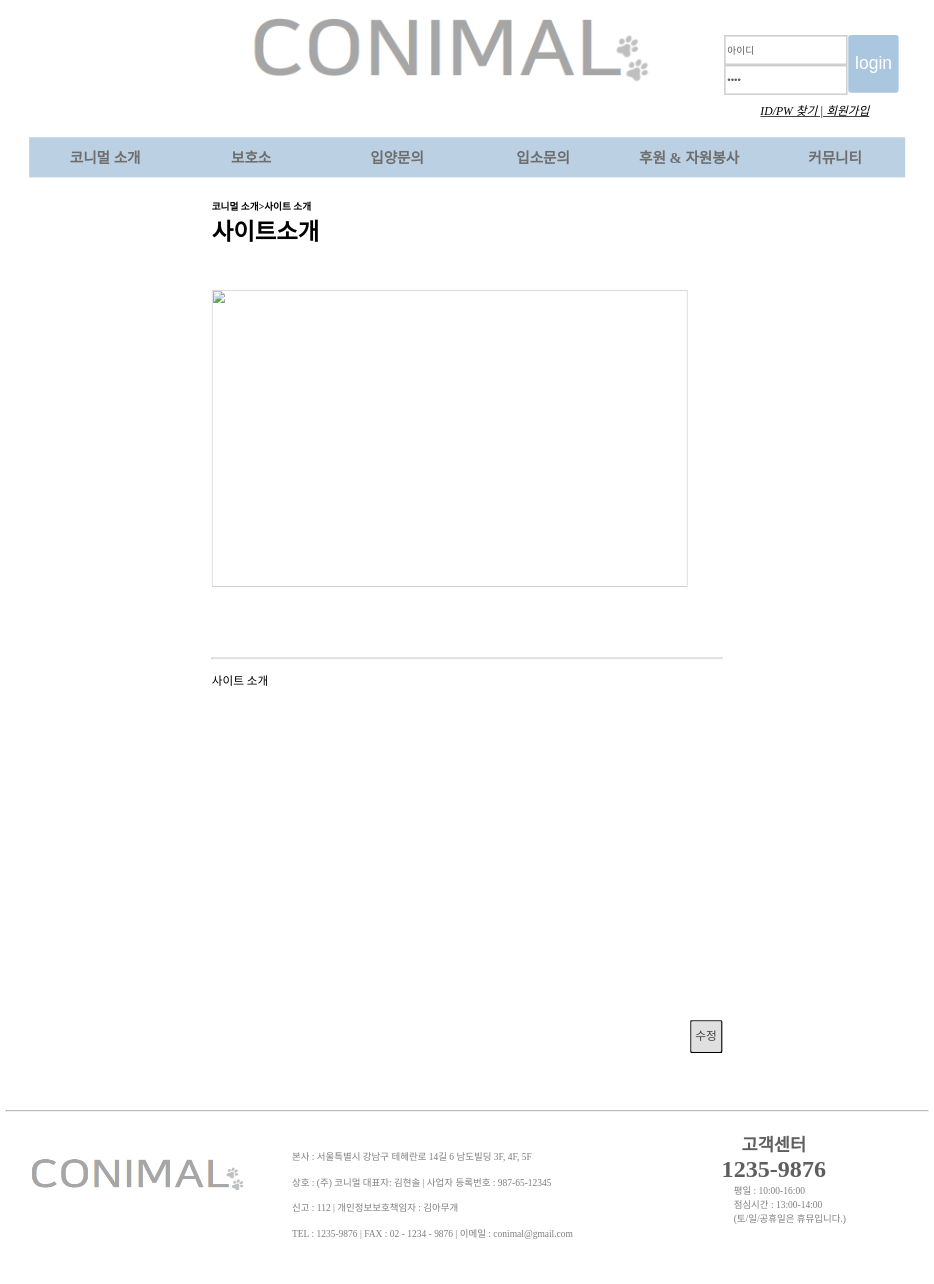
Repository: rlagusthf12/SemiProject
Page: http://localhost/jspProject/
An editor plug-in stored every save of this project. The page is shown before and after the next save, followed by the edit.
The browser window is 1280 px wide. The pictures show the whole page, at 73% of full size.
The page is served by Tomcat 9. Other server files are loaded and not shown.

Above is the page before, as saved 2021-05-14 09:17:13.

### jspProject/WebContent/index.jsp
<%@ page language="java" contentType="text/html; charset=UTF-8"
    pageEncoding="UTF-8"%>
<!DOCTYPE html>
<html>
<head>
<meta charset="UTF-8">
<title>Insert title here</title>
</head>
<body>


	<%@ include file="views/introduce/introduce.jsp" %>






</body>
</html>

### jspProject/WebContent/views/introduce/introduce.jsp
<%@ page language="java" contentType="text/html; charset=UTF-8"
    pageEncoding="UTF-8"%>
<!DOCTYPE html>
<html>
<head>
<meta charset="UTF-8">
<title>Insert title here</title>
<style>
	.body{
		width: 700px;
        height: 1240px;
        margin: 0 auto;
        margin-top:30px;
	}
  .introduceimg{
  	  width: 652px;
	  height:407px;

	  }
  h1,h5{
      margin: 0;
  }
  .head1{
  	width:100%;
  	height:10%;

  }
  .body1{
  	width:100%;
  	height:40%;
  }
  .body2{
  width:100%;
  height:40%;
  }
  .foot1{
  width:100%;
  height:10%;
  }
  .modifybutton{
  float:right;
 font-size: 16px;
    color: rgb(64, 64, 64);
    text-align: center;
    line-height: 2.5em;
    border-top-left-radius: 4px;
    border-top-right-radius: 4px;
    border-bottom-right-radius: 4px;
    border-bottom-left-radius: 4px;
    background-color: rgb(224, 224, 224);
    box-sizing: content-box;
  }
</style>
</head>
<body>
  <%@ include file="../common/menubar.jsp" %>
  <div class="body">

  <div class="head1">
  <h5>코니멀 소개>사이트 소개</h5>
  <h1>사이트소개</h1>

  </div>
	<div class="body1">
  <img src="" class="introduceimg">

  </div>
  <div class="body2">
  <hr>
  <p>
  	사이트 소개
  </p>
  </div>
  <div class="foot1">
  <button class="modifybutton">수정</button>
  </div>


  </div>
   <%@ include file="../common/footerbar.jsp" %>

</body>
</html>

### jspProject/WebContent/views/common/menubar.jsp
<%@ page language="java" contentType="text/html; charset=UTF-8"
    pageEncoding="UTF-8"%>
<!DOCTYPE html>
<html>
<head>
<meta charset="UTF-8">
<title>Insert title here</title>

<style>
    .on{
         width: 1200px;
         height: 180px;
         margin: 0 auto;
         }
    .mainLogo{

        margin-left: 302px;

    }

    .login {
        float:right;
        margin-top:40px;
     }
   #loginform>*{

    float:left;
    }
    .id_pwd{width: 65%; height: 70px; } .loginbtn{width: 35%;}

    .pwd,.id{
        color: rgb(94, 94, 94);
        border-style: solid;
        border-color: rgb(204, 204, 204);
        width:100%;
        height:50%;
    }
    .loginbtn>input{
        font-size: 24px;
        width: 80%;
        height: 100%;
        color: rgb(255, 255, 255);
        line-height: 3.2em;
        background-color: rgb(171, 198, 223);
        text-align: center;
        border-radius: 4px;
        border:0px;
    }

    .find{
    text-decoration-line: underline;
    font-style: italic;
    font-size: 16px;
    line-height: 3.2em;
    }

    .navi{
            width: 1200px; height: 55px;
            background-color: rgb(187, 208, 227);
            margin: 0 auto;
     }
     #navi1{
            list-style-type:none;
            margin:0;
            padding:0;
            height:100%;
            text-decoration:none;

        }

        #navi1>li{
            margin-left: 8px;
            float:left;
            width:16%;
            height:100%;
            text-align:center;
        }
        #navi1 a{
            line-height: 2.8em;
            font-size: 20px;
            color: rgb(110, 109, 109);
            font-family: HanSans;
            width: 16.6%;
            font-weight: bold;
            cursor:pointer;
            height:100%;
            width:100%;
            display:block;
            text-decoration:none;
            z-index: 6;
        }
        #navi1 a:hover{color: white;}
        #navi1>li>ul{
            list-style-type:none;
            display:none;
            margin-top:0px;
            padding:10px;
            background-color: rgb(184, 183, 183);
            font-family: HanSans;
            line-height: 2.8em;
            font-size: 20px;
            position: relative;
            z-index: 6;
        }
        #navi1>li>ul a{font-size:15px;}
        #navi1>li>a:hover+ul{display:block;}
        #navi1>li>ul:hover{display:block;}
     </style>
</head>

<body>

            <div class="on">

                    <image src="resources/images/mainLogo.png" width="558px" height="120px" class="mainLogo">

                        <div class="login" align="center">

                            <form action="" id="loginform">

                                <div class="id_pwd">
                                    <input type="text" class="id" value="아이디"><br>
                                    <input type="password" class="pwd" value="비밀번호" >
                                </div>

                                <div class="loginbtn">
                                    <input type="submit" value="login">
                                </div>
                            </form>
                            <span class="find">ID/PW 찾기 | 회원가입</span>
                        </div>

            </div>
            <div class="navi">
                    <ul id="navi1" >
                        <li><a href="">코니멀 소개</a></li>
                        <li><a href="">보호소</a></li>
                        <li><a href="">입양문의</a>
                            <ul>
                                <li><a href="">보호중인 동물</a></li>
                                <li><a href="">입양 절차</a></li>
                                <li><a href="">입양 신청</a></li>
                                <li><a href="">입양 후기</a></li>
                            </ul>
                        </li>
                        <li><a href="">입소문의</a>
                            <ul>
                                <li><a href="">입소 절차</a></li>
                                <li><a href="">입소 신청</a></li>
                            </ul>
                        </li>
                        <li><a href="">후원 &amp; 자원봉사</a>
                        <ul>
                            <li><a href="">자원봉사</a></li>
                            <li><a href="">후원</a></li>
                        </ul>
                      </li>
                        <li><a href="">커뮤니티</a>
                        <ul>
                            <li><a href="">자유 게시판</a></li>
                            <li><a href="">공지사항</a></li>
                            <li><a href="">고객센터</a></li>
                        </ul>
                    </li>
                    </ul>
            </div>


</body>
</html>

### jspProject/WebContent/views/common/footerbar.jsp
<%@ page language="java" contentType="text/html; charset=UTF-8"
    pageEncoding="UTF-8"%>
<!DOCTYPE html>
<html>
<head>
<meta charset="UTF-8">
<title>Insert title here</title>
<style>


 .footerbar{

         width: 1200px;
         height: 180px;
         margin: 0 auto;
     }
     .call{
         width:30%;
         height: 100%;
         float:left;
         margin-left: 60px;
     }

     .minLogo{

         padding-top: 30px;
         height: 100%;
         float:left;
     }
     .ex{
        width:40%;
        float:left;
        height:100%;
        padding-top: 25px;
    }
     .ect{

        font-size: 13px;
        color: rgb(127, 127, 127);
        text-align: left;
        width:450px;
        padding-left: 60px;

     }
     .ect2{
        font-weight: bold; font-size: 24px; text-align: center; color: rgb(94, 94, 94);
     }
     .ect3{
        font-weight: bold; font-size: 33px; text-align: center; color: rgb(94, 94, 94);
     }
     #al{
        width: 250px;
        padding-left: 125px;
     }


</style>
</head>
<body>
            <hr>
            <br>
            <div class="footerbar">
            <div class="minLogo">
                <div>
                 <image src="resources/images/mainLogo.png" width="300" height="60"></image>
                </div>
            </div>
            <div class="ex">
             <div class="ect">
                    본사 : 서울특별시 강남구 테헤란로 14길 6 남도빌딩 3F, 4F, 5F<br><br>

                    상호 : (주) 코니멀 대표자: 김현솔 | 사업자 등록번호 : 987-65-12345 <br><br>

                    신고 : 112 | 개인정보보호책임자 : 김아무개<br><br>

                    TEL : 1235-9876 | FAX : 02 - 1234 - 9876 | 이메일  :  conimal@gmail.com
              </div>
            </div>


            <div class="call">
                <div class="ect2" >
                    고객센터
                    <div class="ect3">
                    1235-9876

                    </div>
                </div>

                <div class="ect" id="al">
                    평일 : 10:00-16:00<br>
                    점심시간 : 13:00-14:00<br>
                    (토/일/공휴일은 휴뮤입니다.)
                </div>

            </div>
            </div>


</body>
</html>

After the next save:
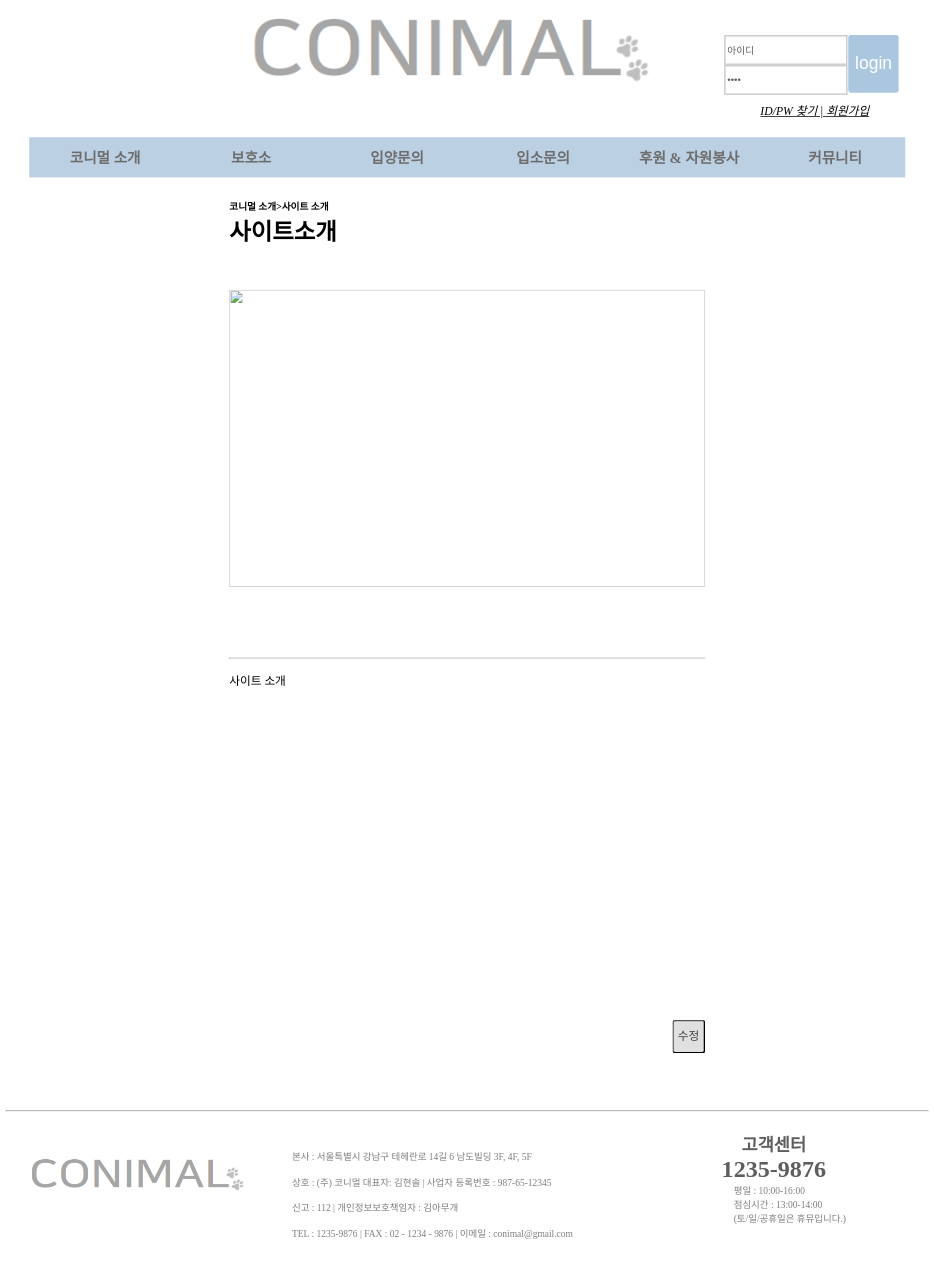
Saved 58 s later.
--- a/jspProject/WebContent/views/introduce/introduce.jsp
+++ b/jspProject/WebContent/views/introduce/introduce.jsp
@@ -7,7 +7,7 @@
 <title>Insert title here</title>
 <style>
 	.body{
-		width: 700px;
+		width: 652px;
         height: 1240px;
         margin: 0 auto;
         margin-top:30px;
